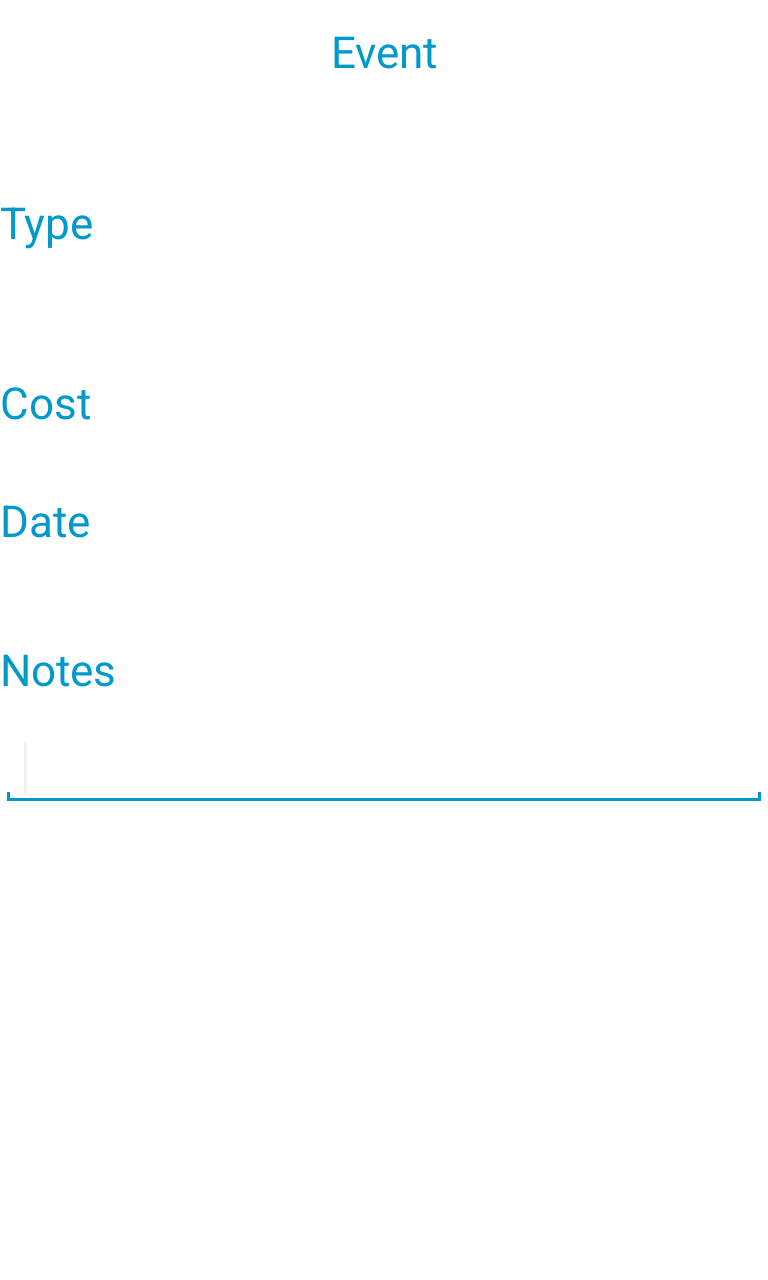
Repository: jpdias/timeinmoney
Layout: TimeInMoney/res/layout/activity_single.xml
The author's editor kept a copy of each file at every save. The layout is drawn from the files as they stood at one save, then again after the next save.
It is drawn on a 768 x 1280 px phone screen (xhdpi) without system bars, with theme AppTheme; the app's code is not run.

Above is the layout before, as saved 2013-06-23 13:34:13.

After the next save:
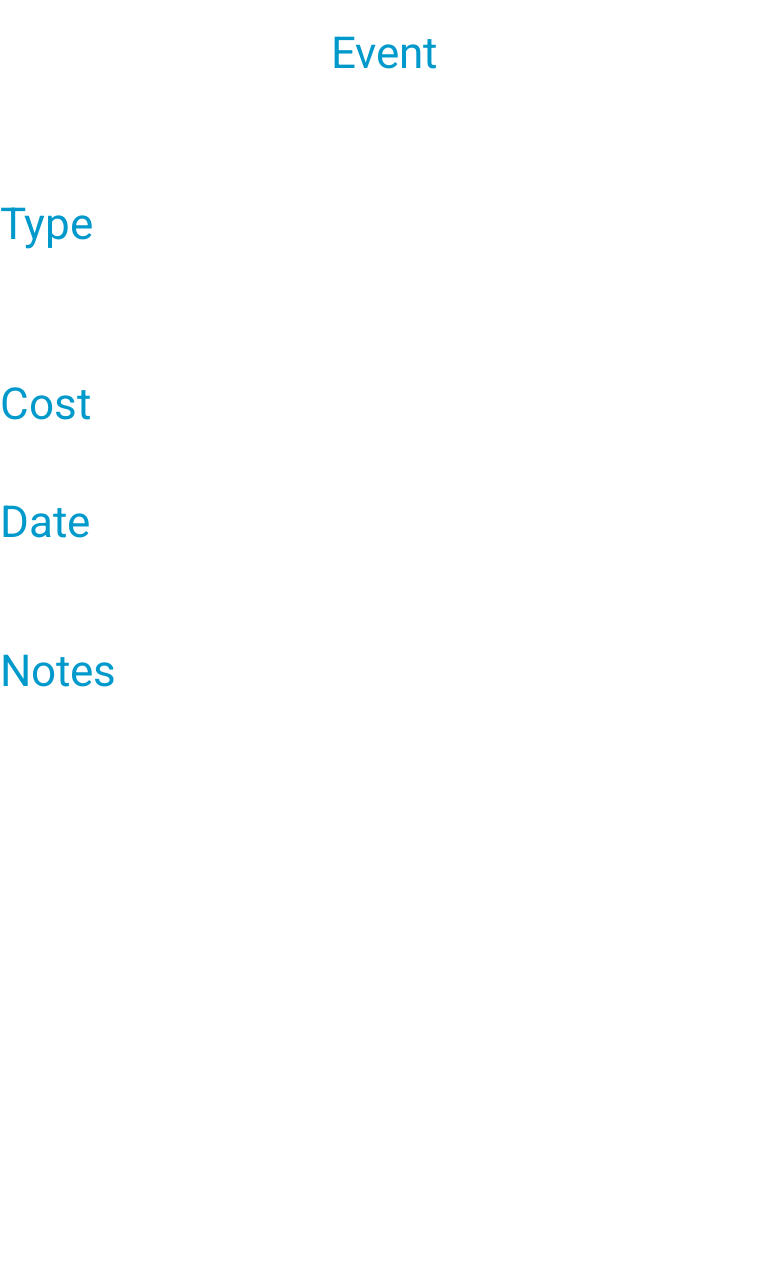
Saved 44 s later.
--- a/TimeInMoney/res/layout/activity_single.xml
+++ b/TimeInMoney/res/layout/activity_single.xml
@@ -81,16 +81,14 @@
         android:textAppearance="?android:attr/textAppearanceLarge"
         android:textColor="#0099CC" />
 
-    <EditText
+    <TextView
         android:id="@+id/Notes_Field"
         android:layout_width="match_parent"
         android:layout_height="wrap_content"
         android:ems="10"
         android:inputType="textMultiLine"
-      >
+      />
 
-        <requestFocus />
-    </EditText>
 
     </LinearLayout>
 </ScrollView>
